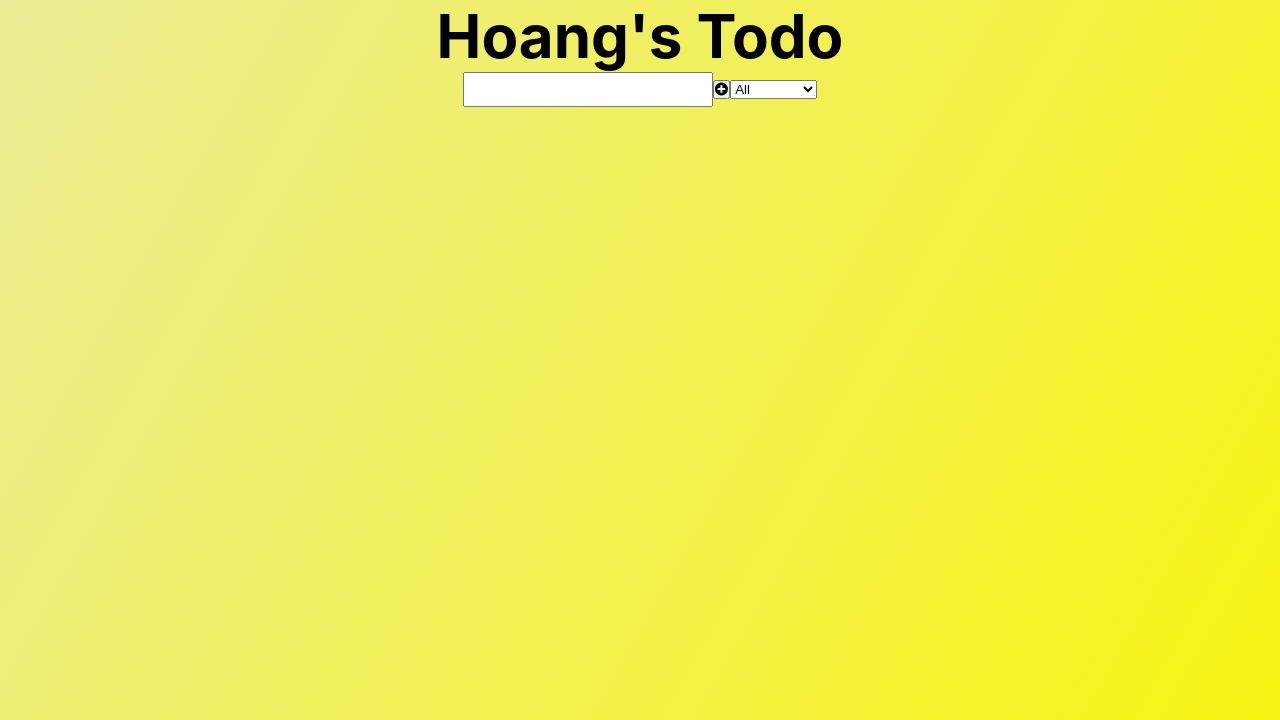
Repository: DinhHoang0607/TodoReact
Page: /
An editor plug-in stored every save of this project. The page is shown before and after the next save, followed by the edit.
The browser window is 1280 px wide. The pictures show the whole page.
Some web libraries are served in a nearby version. The project was rebuilt for these pictures with package versions that can differ from the ones it lists, and the page was loaded fresh each time.

Above is the page before, as saved 2021-09-09 18:10:54.

After the next save:
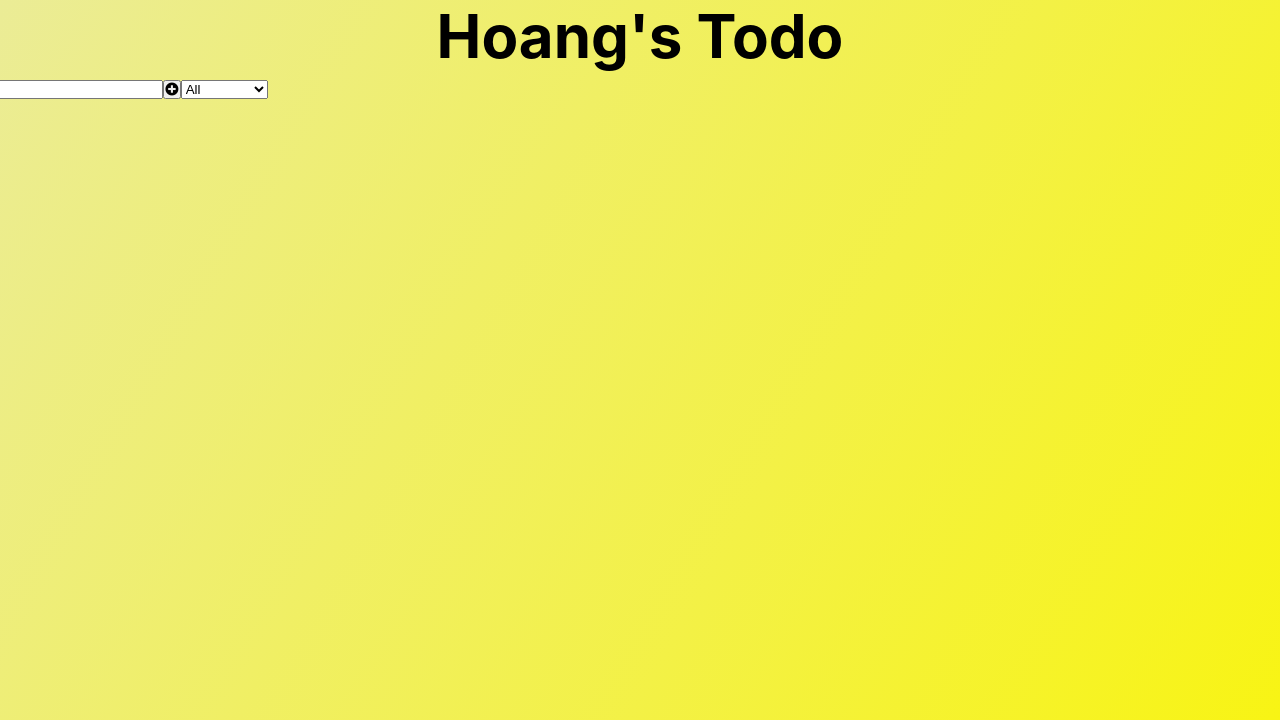
Saved 4 s later.
--- a/src/App.css
+++ b/src/App.css
@@ -24,9 +24,9 @@ form {
   align-items: center;
 }
 form{
+  width: 25rem;
+  height: 3.5rem;
 
 }
 .form__input {
-  width: 25rem;
-  height: 3.5rem;
 }
